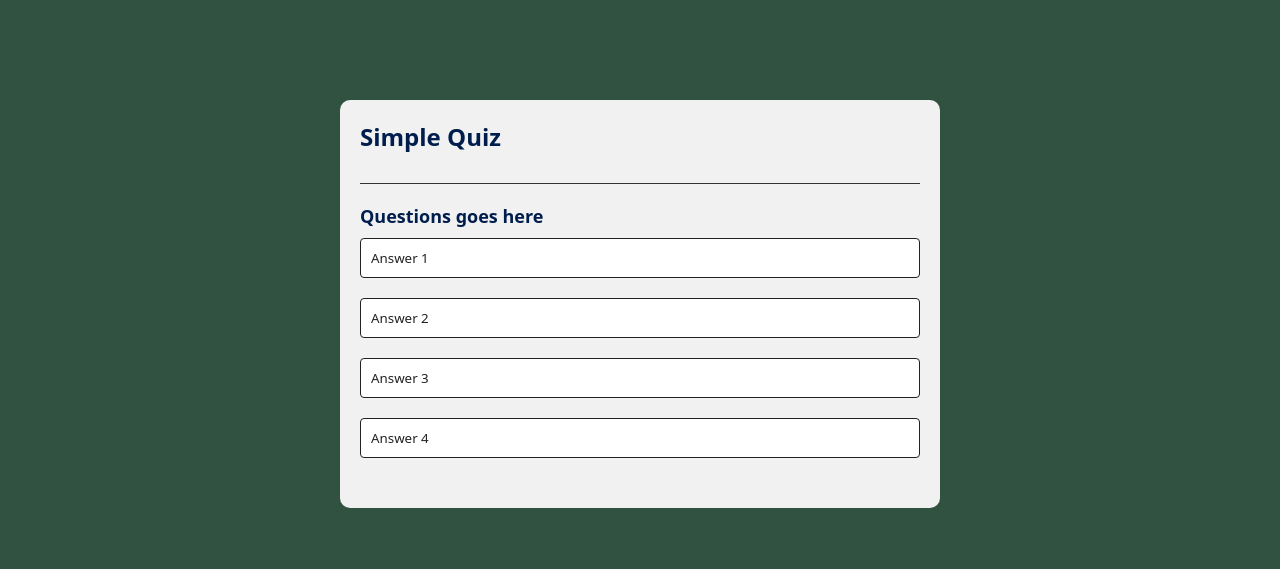
Repository: VickyJacob23/Quiz-App
Page: index.html
An editor plug-in stored every save of this project. The page is shown before and after the next save, followed by the edit.
The browser window is 1280 px wide. The pictures show the whole page.

Above is the page before, as saved 2024-08-04 16:51:16.

After the next save:
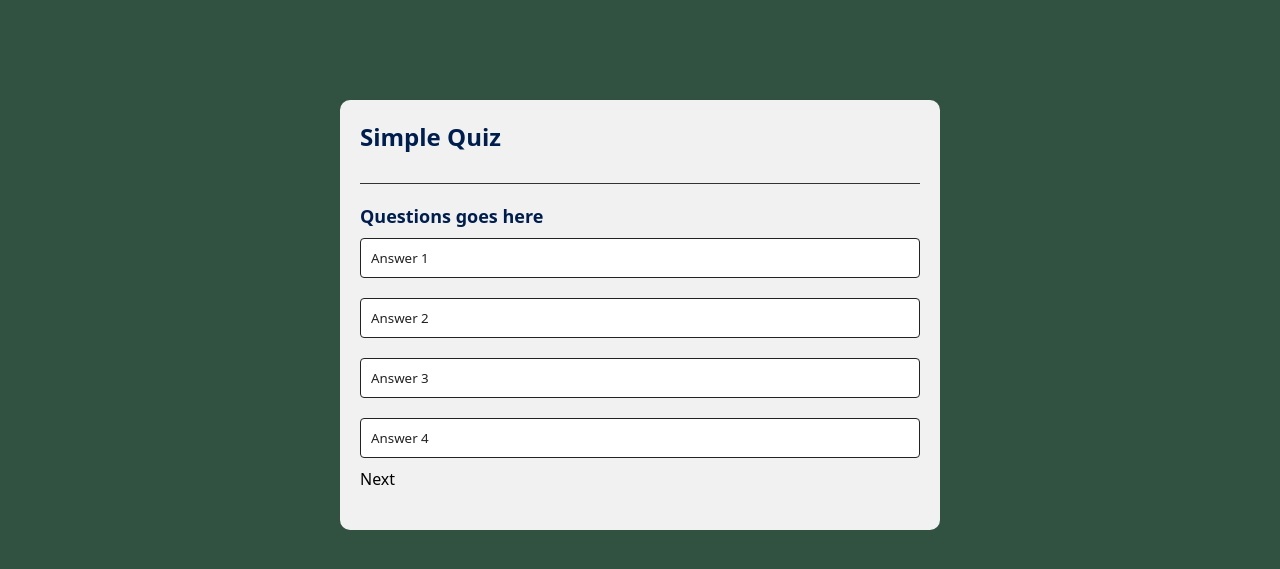
Saved 26 s later.
--- a/index.html
+++ b/index.html
@@ -17,6 +17,7 @@
                 <button class="btn">Answer 3</button>
                 <button class="btn">Answer 4</button>
             </div>
+            <div id="next-btn">Next</div>
         </div>
     </div>
 </body>
